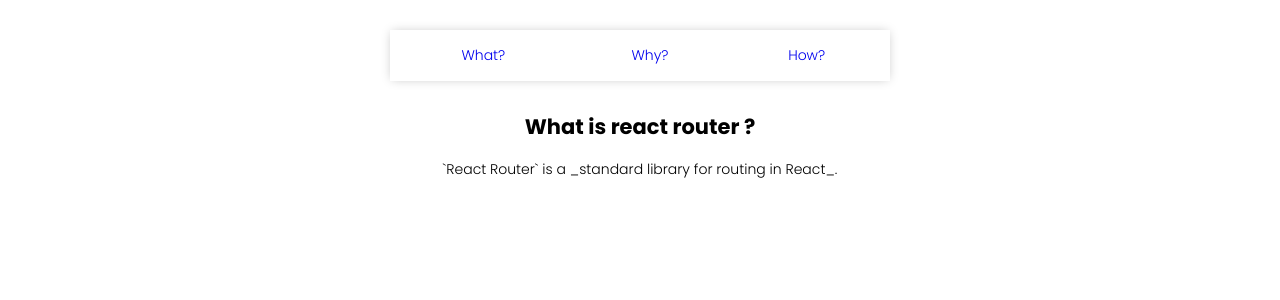
Repository: nguy3nds/2021-18-9-react
Page: /How
These files come from the project's save history. The page is drawn as it stood at one moment and after the next save; the edit follows.
The browser window is 1280 px wide. The pictures show the whole page.
The project was rebuilt for these pictures with package versions that can differ from the ones it lists, and the page was loaded fresh each time. Also part of the build but not shown: src/components/How.js, src/components/Why.js.

Above is the page before, as saved 2021-09-18 23:58:53.

### src/App.js
import React from "react";
import { BrowserRouter as Router, Switch, Route, Link } from "react-router-dom";
import "./App.css";
import What from "./components/What.js";
import How from "./components/How";
import Why from "./components/Why";

export default function App() {
  return (
    <Router>
      <div>
        <nav>
          <ul className="menu">
            <li class="menu-item has-child">
              <Link to="/">What?</Link>
            </li>
            <li className="menu-item has-child">
              <Link to="/about">Why?</Link>
            </li>
            <li className="menu-item has-child">
              <Link to="/users">How?</Link>
            </li>
          </ul>
        </nav>

        {/* A <Switch> looks through its children <Route>s and
            renders the first one that matches the current URL. */}
        <Switch>
          <Route path="/about">
            <How />
          </Route>
          <Route path="/users">
            <Why />
          </Route>
          <Route path="/">
            <What />
          </Route>
        </Switch>
      </div>
    </Router>
  );
}

### src/App.css
@import url("https://fonts.googleapis.com/css2?family=Poppins:wght@300;400;600;700&display=swap");
:root {
  --primary: #08aeea;
  --secondary: #13d2b8;
  --purple: #bd93f9;
  --pink: #ff6bcb;
  --blue: #8be9fd;
  --gray: #333;
  --font: "Poppins", sans-serif;
  --gradient: linear-gradient(40deg, #ff6ec4, #7873f5);
  --shadow: 0 0 15px 0 rgba(0, 0, 0, 0.05);
}
*,
*:before,
*:after {
  box-sizing: border-box;
}
html {
  font-size: 62.5%;
  text-align: center;
}

body {
  font-family: var(--font);
  font-size: 1.4rem;
  overflow-x: hidden;
  font-weight: 300;
}

img {
  display: block;
  max-width: 100%;
}

a {
  text-decoration: none;
}

input,
button,
textarea,
select {
  font-family: var(--font);
  font-size: 1.4rem;
  font-weight: 300;
  outline: none;
  border: 0;
  margin: 0;
  padding: 0;
  border-radius: 0;
  -webkit-appearance: none;
}

button {
  cursor: pointer;
}

.menu {
  position: relative;
  max-width: 500px;
  margin: 30px auto;
  display: grid;
  grid-template-columns: 1fr 1fr 1fr;
  justify-content: center;
  background-color: white;
  padding: 1.5rem;
  box-shadow: 0 0 10px -2px rgba(0, 0, 0, 0.25);
}

.menu-link {
  font-size: 1.4rem;
  color: #918eae;
  display: block;
}
.menu-link:hover {
  color: #202842;
}

.menu-child-link {
  display: flex;
  align-items: center;
  justify-content: space-between;
  padding: 1.5rem;
  color: #918eae;
}
.menu-child-item {
  position: relative;
}
.menu-child-link:hover {
  color: #202842;
}

.menu-toggle {
  display: none;
}
.nav {
  position: relative;
}
.arrow-right {
  display: none;
}
@media screen and (min-width: 1024px) {
  .arrow-down {
    display: none;
  }
  .arrow-right {
    display: block;
  }
  .menu-item:not(:first-child) {
    margin-left: 2rem;
  }
  .menu-child {
    position: absolute;
    top: 100%;
    left: 0;
    margin-top: 1rem;
    min-width: 20rem;
    background-color: white;
    box-shadow: var(--shadow);
    display: none;
  }
  .menu-child:before {
    content: "";
    position: absolute;
    top: 0;
    left: 0;
    width: 100%;
    height: 1rem;
    background-color: transparent;
    transform: translateY(-100%);
  }
  .menu-child1 {
    top: 0;
    left: 100%;
    margin-top: 0;
  }
  .menu-item.has-child:hover > .menu-child {
    display: block;
  }
  .menu-child-item.has-child:hover > .menu-child {
    display: block;
  }
}

ul li {
  list-style: none;
}
@media screen and (max-width: 1023px) {
  .menu {
    position: absolute;
    right: 0;
    top: 100%;
    min-width: 20rem;
    background-color: white;
    box-shadow: var(--shadow);
    flex-direction: column;
    display: none;
    z-index: 100;
  }
  .menu.show,
  .menu-child.show {
    display: block;
  }
  .menu-item:not(:last-child) {
    border-bottom: 1px solid #eee;
  }
  .menu-link {
    padding: 1.5rem;
    display: flex;
    justify-content: space-between;
    align-items: center;
  }
  .menu-child {
    display: none;
    background-color: #f6f6f6;
  }
  .menu-child1 {
    background-color: #eee;
  }
  .menu-toggle {
    width: max-content;
    font-size: 2rem;
    display: block;
    margin-left: auto;
    cursor: pointer;
  }
}

### src/components/What.js
import React from "react";

export default function What() {
  return (
    <div>
      <h2>What is react router ?</h2>
      <p>`React Router` is a _standard library for routing in React_.</p>
    </div>
  );
}

Loaded but not shown: public/index.html (common file); src/index.js (common file); src/index.css (common file); src/reportWebVitals.js (common file)

After the next save:
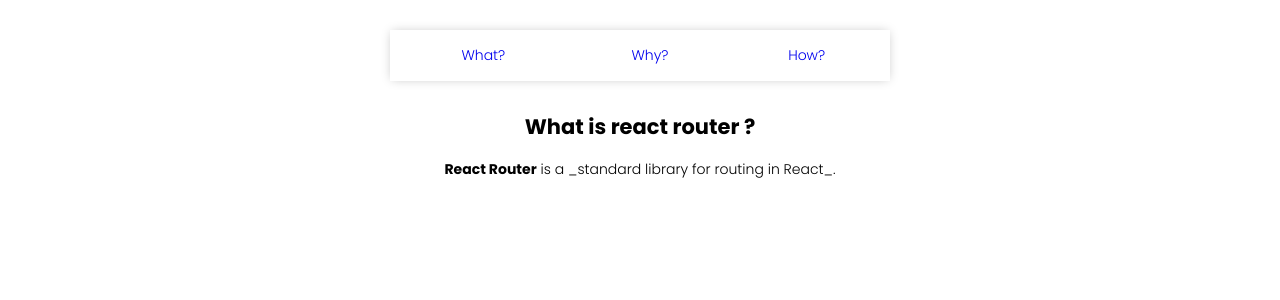
Saved 24 s later.
--- a/src/components/What.js
+++ b/src/components/What.js
@@ -4,7 +4,9 @@ export default function What() {
   return (
     <div>
       <h2>What is react router ?</h2>
-      <p>`React Router` is a _standard library for routing in React_.</p>
+      <p>
+        <b>React Router</b> is a _standard library for routing in React_.
+      </p>
     </div>
   );
 }
